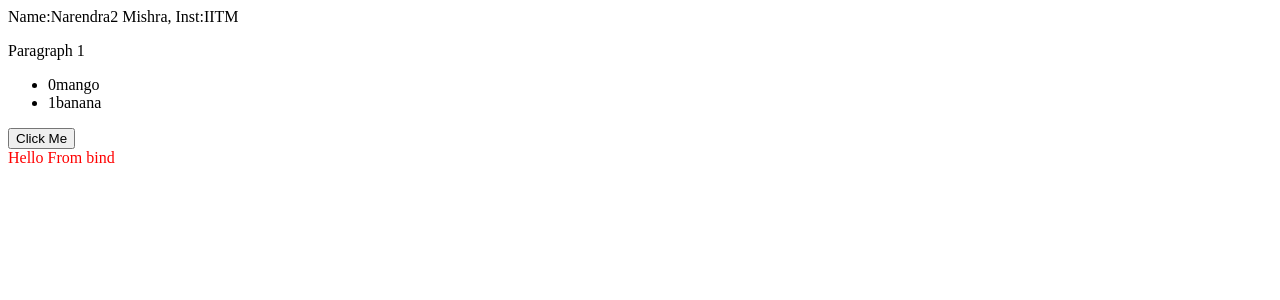
Repository: narendraiitm/sept23-live-sessions
Page: vue-basic/index.html
The author's editor kept a copy of each file at every save. The page is drawn from the files as they stood at one save, then again after the next save.
The browser window is 1280 px wide. The pictures show the whole page.

Above is the page before, as saved 2023-10-17 21:49:18.

### vue-basic/index.html
<!DOCTYPE html>
<html lang="en">
  <head>
    <meta charset="UTF-8" />
    <meta http-equiv="X-UA-Compatible" content="IE=edge" />
    <meta name="viewport" content="width=device-width, initial-scale=1.0" />
    <title>Document</title>
    <style>
      .danger {
        color: red;
      }
      .good {
        color: green;
      }
    </style>
  </head>
  <body>
    <div id="app">{{name}}</div>
  </body>
  <script src="https://cdn.jsdelivr.net/npm/vue@2/dist/vue.js"></script>
  <script src="./app.js"></script>
</html>

### vue-basic/app.js
new Vue({
  // options object
  el: '#app',
  template: `<div>
  Name:{{fullName}}, Inst:{{inst}}
  <p v-if='hide'>Paragraph 1</p>
  <ul>
   <li v-for="(fruit, index) in fruits">{{index}}{{fruit}}</li>
  </ul>
  <button @click='sayHello'>Click Me</button>
  <div :class="error"> Hello From bind </div>
  </div>`,
  data: {
    firstName: 'Narendra2',
    lastName: 'Mishra',
    inst: 'IITM',
    hide: true,
    fruits: ['mango', 'banana'],
    error: 'danger',
  },
  methods: {
    sayHello() {
      alert('Hello from method')
    },
  },
  computed: {
    fullName() {
      return this.firstName + ' ' + this.lastName
    },
  },
  watch: {
    firstName(newVal) {
      alert(newVal)
    },
    lastName(newVal, oldVal) {
      alert(newVal)
      alert(oldVal)
    },
  },
})

After the next save:
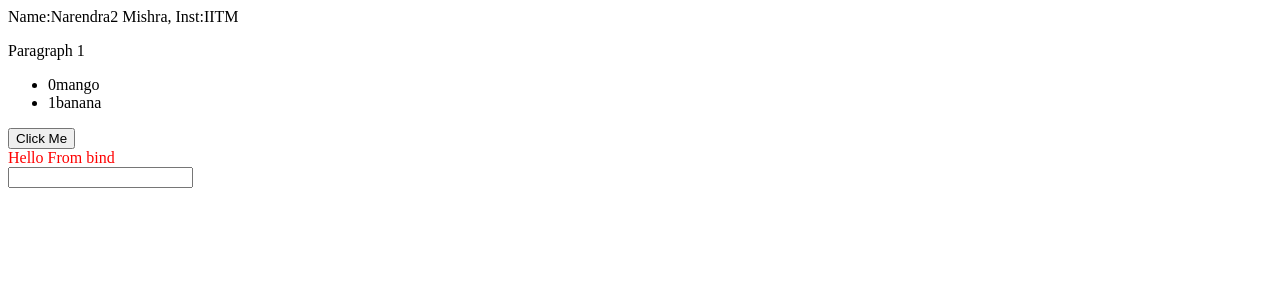
Saved 4 min 12 s later.
--- a/vue-basic/app.js
+++ b/vue-basic/app.js
@@ -9,6 +9,7 @@ new Vue({
   </ul>
   <button @click='sayHello'>Click Me</button>
   <div :class="error"> Hello From bind </div>
+  <input type="text"></input>
   </div>`,
   data: {
     firstName: 'Narendra2',
